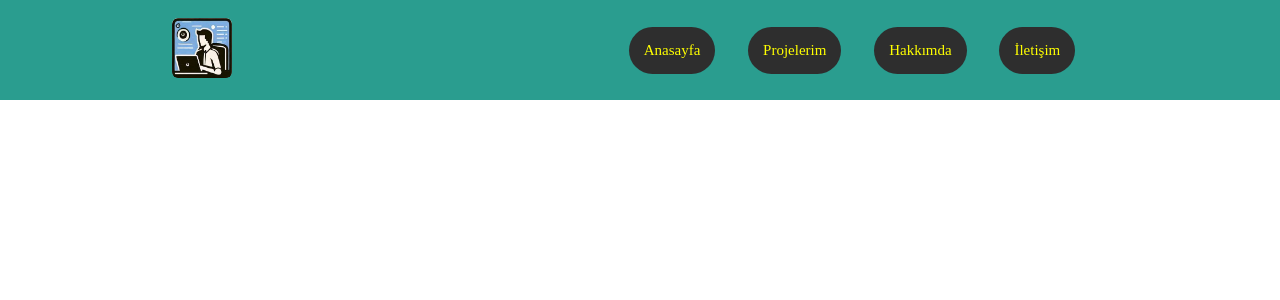
Repository: 0hasandemirtas/react-odev
Page: /
An editor plug-in stored every save of this project. The page is shown before and after the next save, followed by the edit.
The browser window is 1280 px wide. The pictures show the whole page.
The project was rebuilt for these pictures with package versions that can differ from the ones it lists, and the page was loaded fresh each time.

Above is the page before, as saved 2024-06-16 17:39:39.

After the next save:
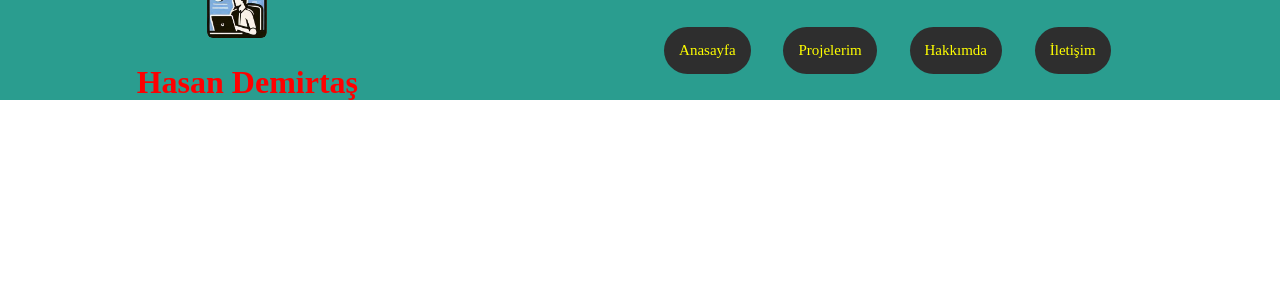
Saved 14 min 46 s later.
--- a/src/components/header/index.js
+++ b/src/components/header/index.js
@@ -1,5 +1,4 @@
 import React from 'react';
-//import logo2 from './logo2.png';
 import useStyles from './stylesheet';
 
 const Header = ()=>{
@@ -9,6 +8,7 @@ const Header = ()=>{
 
       <div>
           <img  className={classes.logo} src="./images/logo2.png" />
+          <h1>Hasan Demirtaş</h1>
       </div>
       <div  className={classes.titleContainer}>
         <a className={classes.titleContentContainer} href='#'>Anasayfa</a>
